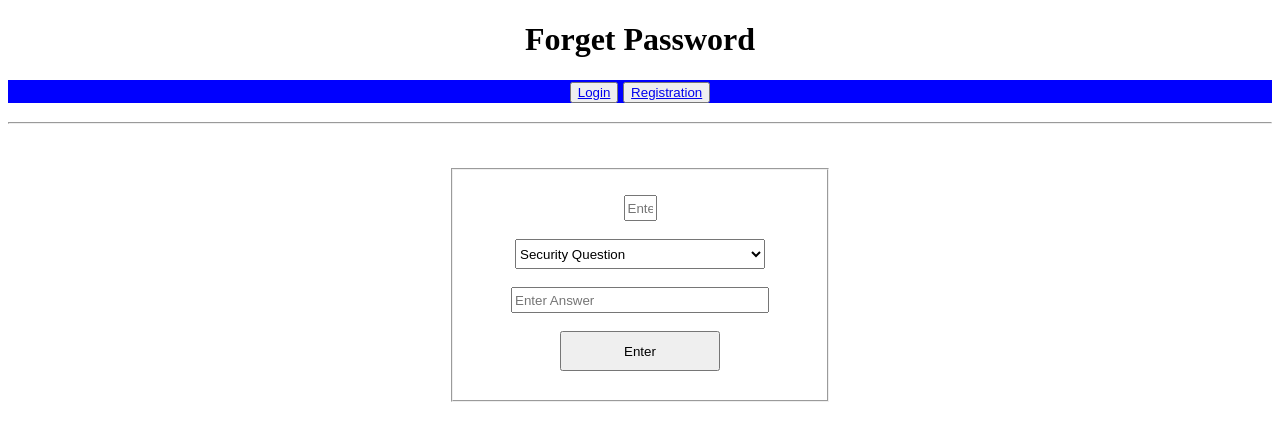
Repository: ShikhaRawat6/mail_simulation
Page: http://localhost/Mail_Simulation/WEB-INF/view/forget.jsp
These files come from the project's save history. The page is drawn as it stood at one moment and after the next save; the edit follows.
The browser window is 1280 px wide. The pictures show the whole page.
The page is served by Tomcat 9. Nobody is signed in. The template is opened directly, without the code that normally fills it, so the values that code supplies are empty.

Above is the page before, as saved 2020-01-30 18:31:16.

After the next save:
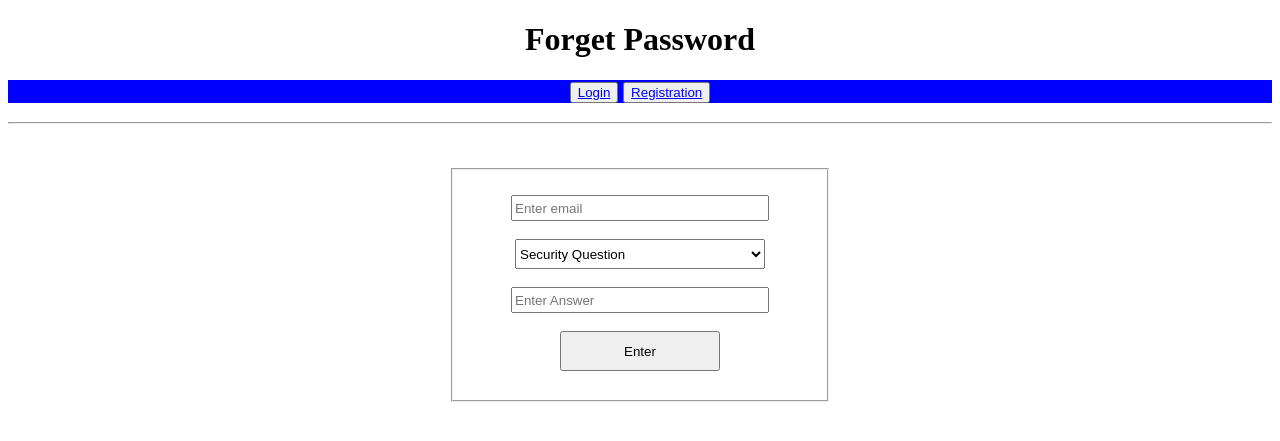
Saved 3 min 46 s later.
--- a/Mail_Simulation/WebContent/WEB-INF/view/forget.jsp
+++ b/Mail_Simulation/WebContent/WEB-INF/view/forget.jsp
@@ -26,7 +26,7 @@ height: 215px;
 }
 </style>
 <form action="ForgetPassword" method="post" style="margin-top: 20px; margin-bottom: 30px;">
-<input type="email" name="email" placeholder="Enter email" required="required" style="width: 25px; height: 20px"/><br><br>
+<input type="email" name="email" placeholder="Enter email" required="required" style="width: 250px; height: 20px"/><br><br>
 <select name='scrqn' id='scrqn' required='required' style="width: 250px; height: 30px" >
 		<option value='' selected disabled style="background-color: green";>Security Question</option>
 			<option value="1">What's your pet name?</option>
